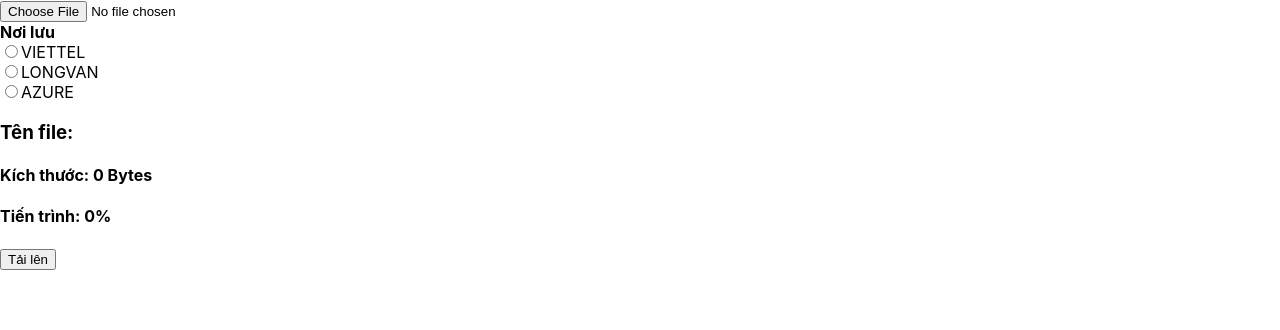
Repository: duc30012001/viettel-test-upload
Page: /
These files come from the project's save history. The page is drawn as it stood at one moment and after the next save; the edit follows.
The browser window is 1280 px wide. The pictures show the whole page.
The project was rebuilt for these pictures with package versions that can differ from the ones it lists, and the page was loaded fresh each time. Imported but missing from the stored project, and not drawn on this page: src/reportWebVitals.

Above is the page before, as saved 2023-03-16 11:34:04.

After the next save:
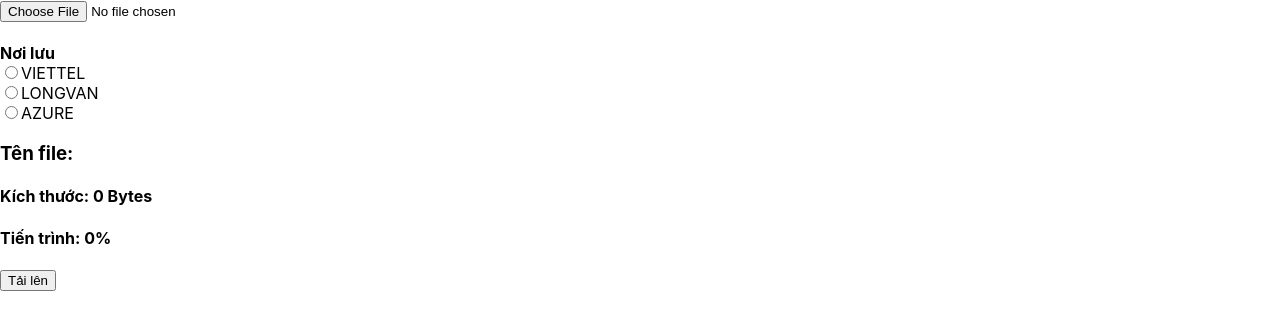
Saved 5 s later.
--- a/src/App.jsx
+++ b/src/App.jsx
@@ -34,7 +34,7 @@ const App = () => {
     <div>
       <input ref={fileInput} onChange={onChange} type="file" />
       <div>
-        <h4 style={{ margin: 0 }}>Nơi lưu</h4>
+        <h4 style={{ marginBottom: 0 }}>Nơi lưu</h4>
         <input
           onChange={onChangeDistributor}
           type="radio"
